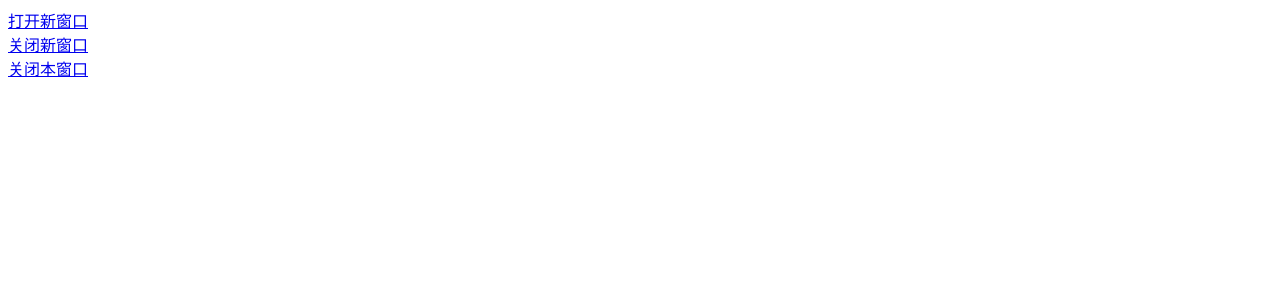
Repository: Nine-e/JSP_Study
Page: http://localhost/myweb/
An editor plug-in stored every save of this project. The page is shown before and after the next save, followed by the edit.
The browser window is 1280 px wide. The pictures show the whole page.
The page is served by Tomcat 9.

Above is the page before, as saved 2018-03-25 11:48:51.

After the next save:
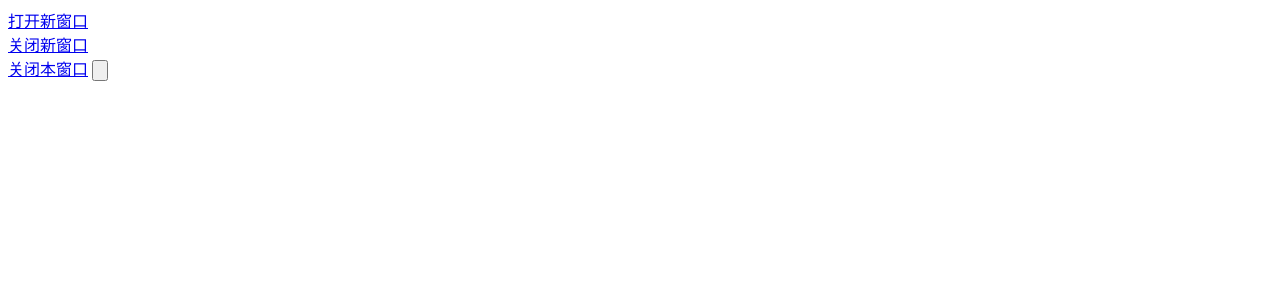
Console error (its wording comes from the project's code and is left out).
Saved 11 min 40 s later.
--- a/myweb/WebContent/index.jsp
+++ b/myweb/WebContent/index.jsp
@@ -15,11 +15,15 @@
   function closenewwin(){
 	  newwin.close();
   }
+  function loc(url){
+	  window.location.herf=url;
+  }
 </script>
 </head>
 <body>
 <a href="javascript:opennewwin()">打开新窗口</a><br/>
 <a href="javascript:closenewwin()">关闭新窗口</a><br/>
 <a href="javascript:close()">关闭本窗口</a>
+<input type="button" onclick="loc(a.html) value="跳转到注册页面">
 </body>
 </html>
